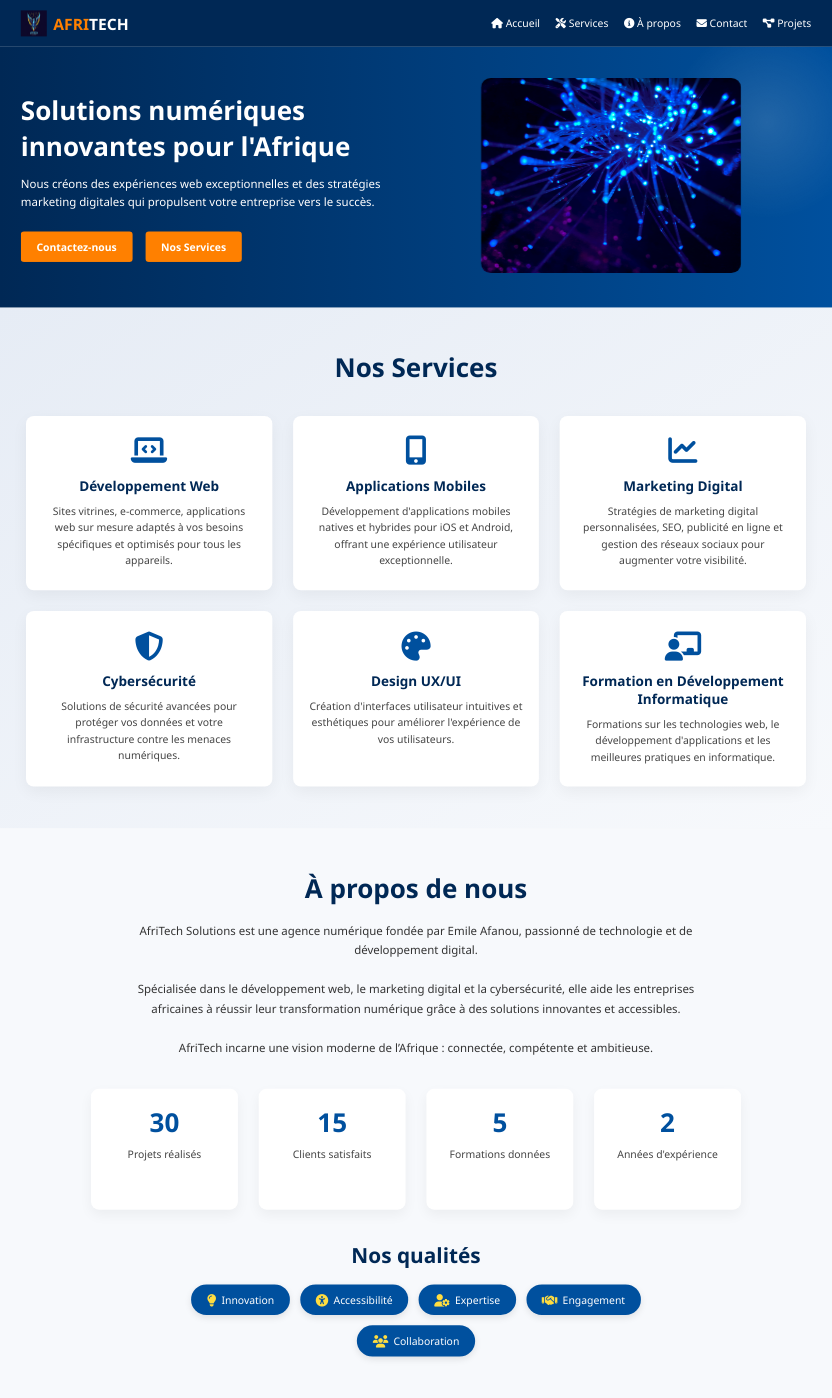
Repository: prestige225/AFRITECH
Page: index.html
The author's editor kept a copy of each file at every save. The page is drawn from the files as they stood at one save, then again after the next save.
The browser window is 1280 px wide. The pictures show the whole page, at 65% of full size.

Above is the page before, as saved 2025-07-16 03:51:31.
Console error: TypeError: Cannot read properties of null (reading 'addEventListener')

After the next save:
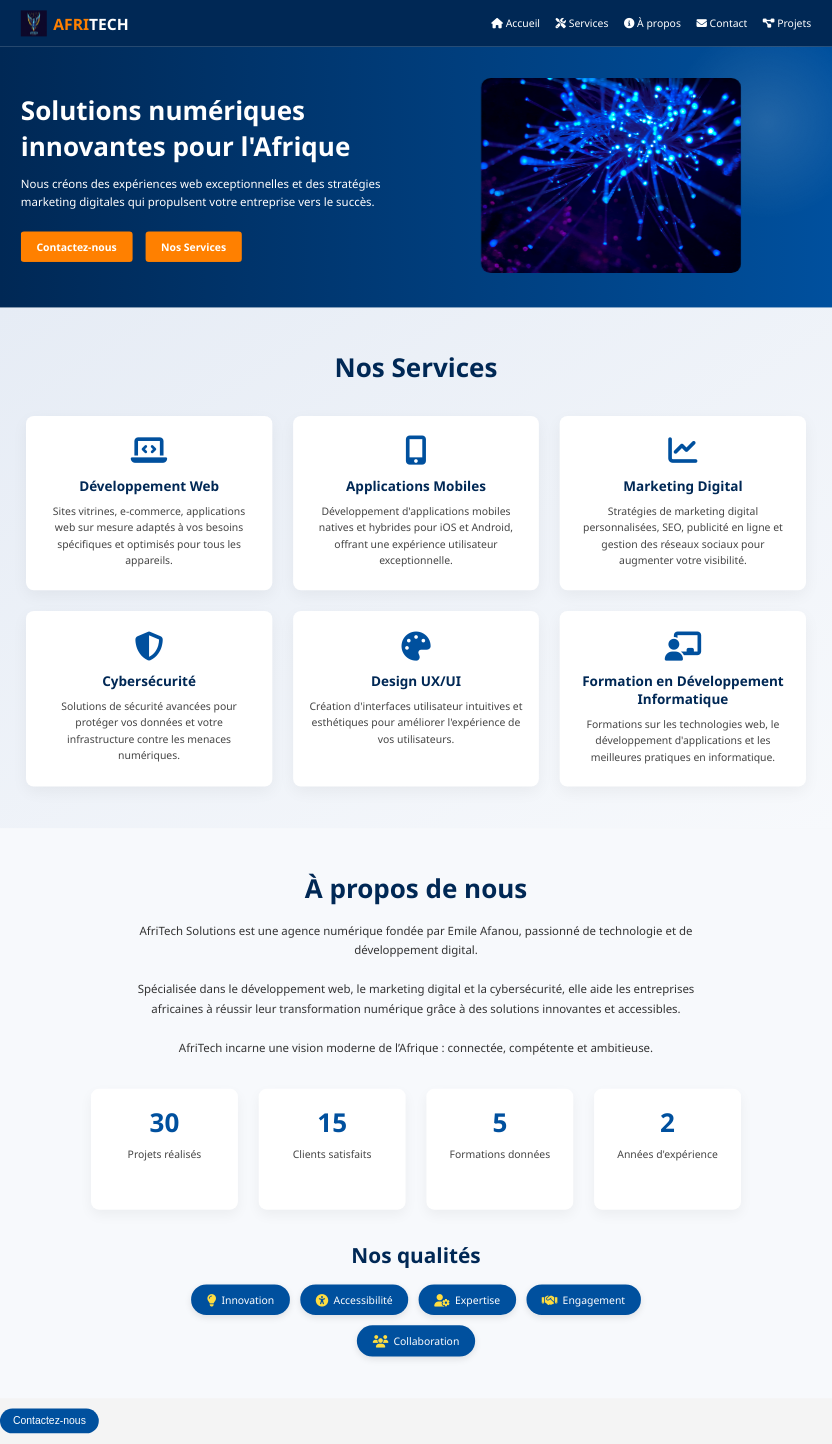
The error is gone.
Saved 7 s later.
--- a/index.html
+++ b/index.html
@@ -137,34 +137,31 @@
   </div>
 </section>
 
+
+
+<!-- Bouton pour ouvrir la modale -->
+<button id="openModalBtn" class="open-modal-btn">Contactez-nous</button>
+
+<!-- Modale -->
+<div id="contactModal" class="modal">
+  <div class="modal-content">
+    <span id="closeModalBtn" class="close-btn">&times;</span>
+    <h2>Contactez-nous</h2>
+    <form action="https://formspree.io/f/mabcxyz" method="POST">
+      <input type="text" name="name" placeholder="Votre nom" required autocomplete="off" />
+      <input type="email" name="email" placeholder="Votre email" required autocomplete="off" />
+      <textarea name="message" rows="5" placeholder="Votre message" required></textarea>
+      <button type="submit" class="btn">Envoyer</button>
+    </form>
+  </div>
+</div>
+
+
     <script src="index.js"></script>
 
     <!--  -->
 </body>
 
 
-<!-- Bouton d'ouverture de la modale -->
-
-<!-- Modale Contact -->
-<div class="modal" id="contactModal">
-  <div class="modal-content">
-    <span class="close-btn">&times;</span>
-    <h2>Contactez-nous</h2>
-    <p>Remplissez ce formulaire pour nous écrire</p>
-
-    <form action="https://formspree.io/f/mabcxyz" method="POST">
-      <div class="form-group">
-        <input type="text" name="name" placeholder="Votre nom" required>
-      </div>
-      <div class="form-group">
-        <input type="email" name="email" placeholder="Votre adresse email" required>
-      </div>
-      <div class="form-group">
-        <textarea name="message" rows="6" placeholder="Votre message" required></textarea>
-      </div>
-      <button type="submit" class="btn">Envoyer</button>
-    </form>
-  </div>
-</div>
 
 </html>
